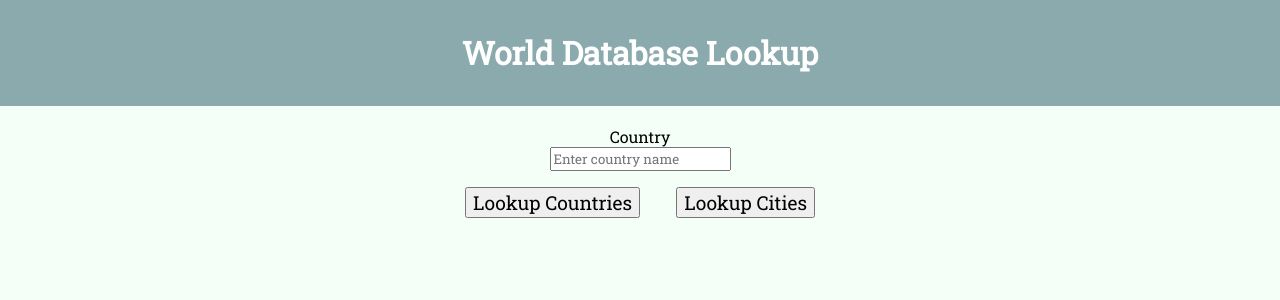
Repository: natechris-devine/info2180-lab7
Page: index.html
The author's editor kept a record of every edit. The page is drawn from the files as they stood at one moment, then again after the next edit.
The browser window is 1280 px wide. The pictures show the whole page.

Above is the page before.

### index.html
<!DOCTYPE html>
<html>
	<head>
        <meta charset="utf-8">
		<title>World Database Lookup</title>

		<!-- you can modify this as needed or to your preference -->
		<link href="world.css" type="text/css" rel="stylesheet" />

		<!-- you write this -->
		<script src="https://ajax.googleapis.com/ajax/libs/jquery/3.4.1/jquery.min.js"></script>
		<script src="world.js" type="text/javascript"></script>
	</head>

	<body>
		<header>
			<h1>World Database Lookup</h1>
		</header>

		<main>
			<div id="controls">
				<label for="country">Country</label>
				<br>
				<input id="country" type="search" name="country" placeholder="Enter country name" />
				<br>
				<button id="lookup">Lookup Countries</button>
				<button id="lookup-cities">Lookup Cities</button>

			</div>

			<div id="result">
				<!-- countries will appear here -->
			</div>
		</main>

	</body>
</html>

### world.css
/* Add your own styles */
@import url('https://fonts.googleapis.com/css?family=Roboto+Slab&display=swap');
* {
    font-family: 'Roboto Slab', serif;
}

body {
    padding: 0;
    margin: 0;
    background-color: #f4fff8;
}

header {
    text-align: center;
    color: #fff;
    font-weight: 900;
    padding: 10px;
    background-color: #8baaad;
}

main {
    background-color: #f4fff8;
    padding-top: 20px;
    text-align: center;
}

button {
    margin: 1rem;
    font-size: 1.2rem;
}

### world.js
/*global $*/
/*golbal fetch*/
//console.log("wow");
$(document).ready(() => {

    function executeQuery(context='') {
        let query = $('#country').val().trim();
        let url = "world.php";
        if (query) {
            query = '?country=' + query + '&context=' + context;
        }
        //console.log("Query is " + query);

        fetch(url + query)
        .then(response => {
            return response.text();
        }).then(data => {
            $('#result').html(data);
        });
    }

    $('#lookup').click(executeQuery);
    $('#lookup-cities').click(() => {
        executeQuery('cities');
    })
});

After the next edit:
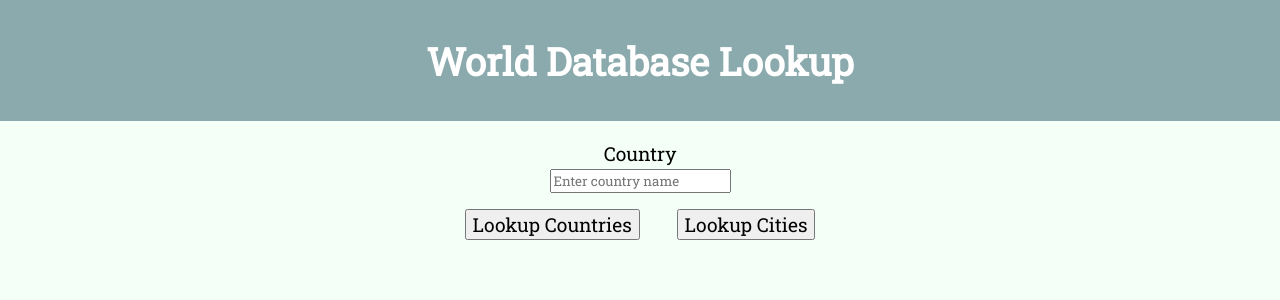
The edit:
--- a/world.css
+++ b/world.css
@@ -8,6 +8,7 @@
     padding: 0;
     margin: 0;
     background-color: #f4fff8;
+    font-size: 1.2rem;
 }
 
 header {
